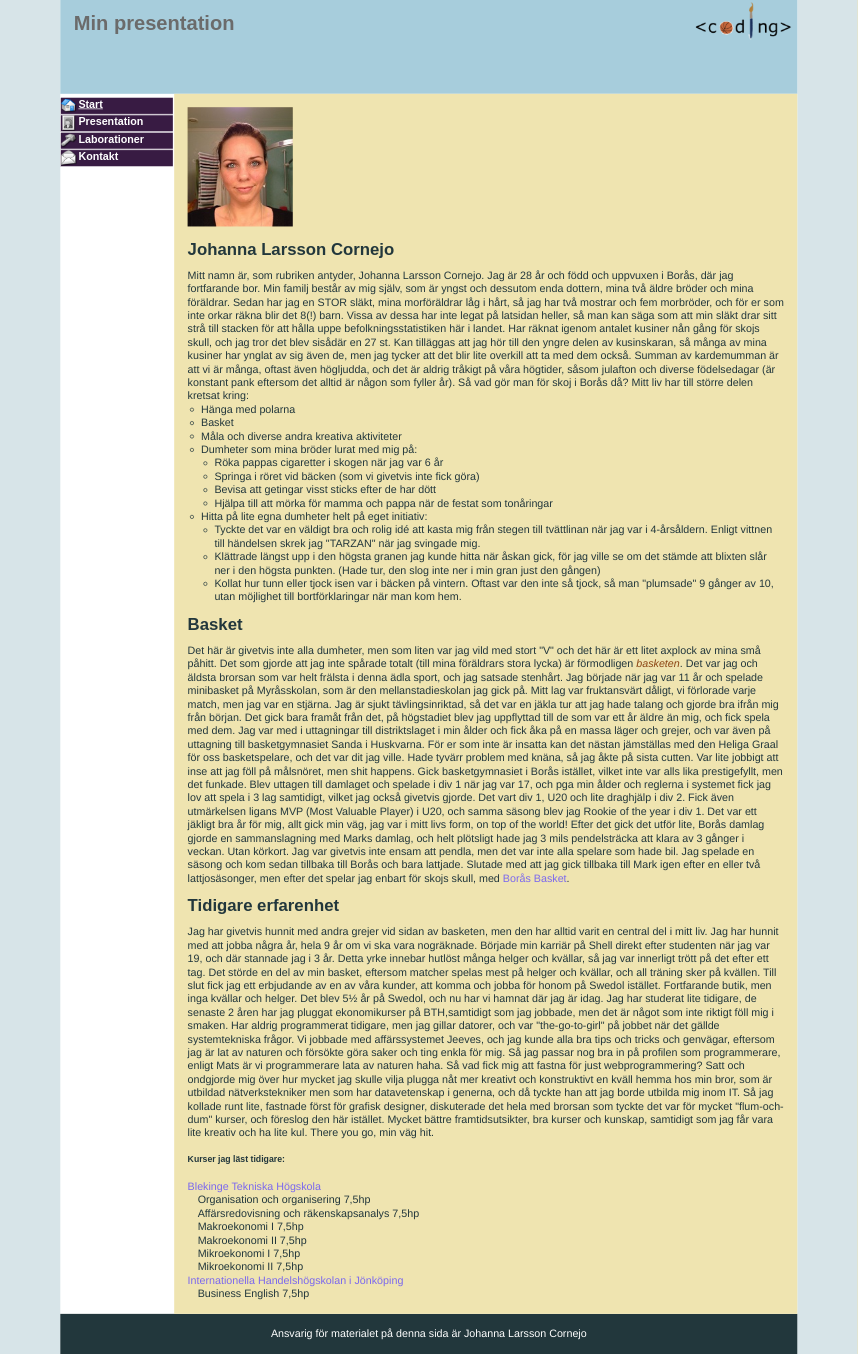
Repository: jc222fi/1ik415-laborationer
Page: pages/presentation.html
The author's editor kept a record of every edit. The page is drawn from the files as they stood at one moment, then again after the next edit.
The browser window is 1280 px wide. The pictures show the whole page, at 67% of full size.

Above is the page before.

### pages/presentation.html
<!doctype html>
<html>
    <head>
        <meta charset="utf-8" />
        <meta name="viewport" content="width=device-width, initial-scale=1.0" />
        <title>Presentation</title>
        <!-- Screen > 480px -->
        <link rel="stylesheet" media="screen and (min-width: 481px)" href="../css/style.css" />
        <!-- Smartphones <= 480px -->
        <link rel="stylesheet" media="only screen and (max-width: 480px)" href="../css/smartphone.css" />
        <link rel="stylesheet" media="print" href="../css/print.css" />
    </head>
    <body>
    <div id="container">
        <div id="header">
            <header>
                <h1 id="presentation">Min presentation</h1>
            </header>
        </div>
        <div id="nav">
            <ul>
                <li><a href="../index.html" id="index">Start</a></li>
                <li><a href="#presentation" class="active" id="pres">Presentation</a></li>
                <li><a href="laborationer.html" id="lab">Laborationer</a></li>
                <li><a href="kontakt.html" id="kontakt">Kontakt</a></li>
            </ul>
        </div>
    <div id="content">
        <img id="jag.jpg" src="../pics/jag.jpg" alt="Bild på Johanna" />
        <!-- inledande presentation-->
        <h2>Johanna Larsson Cornejo</h2>
        <p>Mitt namn är, som rubriken antyder, Johanna Larsson Cornejo.
        Jag är 28 år och född och uppvuxen i Borås, där jag fortfarande bor.
        Min familj består av mig själv, som är yngst och dessutom enda dottern,
        mina två äldre bröder och mina föräldrar. Sedan har jag en STOR släkt,
        mina morföräldrar låg i hårt, så jag har två mostrar och fem morbröder,
        och för er som inte orkar räkna blir det 8(!) barn. Vissa av dessa har
        inte legat på latsidan heller, så man kan säga som att min släkt drar
        sitt strå till stacken för att hålla uppe befolkningsstatistiken här i
        landet. Har räknat igenom antalet kusiner nån gång för skojs skull, och
        jag tror det blev sisådär en 27 st. Kan tilläggas att jag hör till den
        yngre delen av kusinskaran, så många av mina kusiner har ynglat av sig
        även de, men jag tycker att det blir lite overkill att ta med dem också.
        Summan av kardemumman är att vi är många, oftast även högljudda, och det är
        aldrig tråkigt på våra högtider, såsom julafton och diverse födelsedagar
        (är konstant pank eftersom det alltid är någon som fyller år). Så vad
        gör man för skoj i Borås då? Mitt liv har till större delen kretsat kring:
        </p>
        <ul>
            <li>Hänga med polarna</li>
            <li>Basket</li>
            <li>Måla och diverse andra kreativa aktiviteter</li>
            <li>Dumheter som mina bröder lurat med mig på:
                <ul>
                    <li>Röka pappas cigaretter i skogen när jag var 6 år</li>
                    <li>Springa i röret vid bäcken (som vi givetvis inte fick göra)</li>
                    <li>Bevisa att getingar visst sticks efter de har dött</li>
                    <li>Hjälpa till att mörka för mamma och pappa när de festat
                    som tonåringar</li>
                </ul>
            </li>
            <li>Hitta på lite egna dumheter helt på eget initiativ:
                <ul><li>Tyckte det var en väldigt bra och rolig idé att kasta mig
                    från stegen till tvättlinan när jag var i 4-årsåldern. Enligt
                    vittnen till händelsen skrek jag "TARZAN" när jag svingade mig.</li>
                    <li>Klättrade längst upp i den högsta granen jag kunde hitta när
                        åskan gick, för jag ville se om det stämde att blixten
                        slår ner i den högsta punkten. (Hade tur, den slog inte
                        ner i min gran just den gången)</li>
                    <li>Kollat hur tunn eller tjock isen var i bäcken på vintern.
                        Oftast var den inte så tjock, så man "plumsade" 9 gånger
                        av 10, utan möjlighet till bortförklaringar när man kom hem.</li>
                </ul>
            </li>
        </ul>
        <!-- mitt absolut största intresse-->
        <h2>Basket</h2>
        <p>Det här är givetvis inte alla dumheter, men som liten var jag vild med stort "V"
        och det här är ett litet axplock av mina små påhitt. Det som gjorde att jag inte spårade
        totalt (till mina föräldrars stora lycka) är förmodligen <em id="strong">basketen</em>.
        Det var jag och äldsta brorsan som var helt frälsta i denna ädla sport,
        och jag satsade stenhårt. Jag började när jag var 11 år och spelade minibasket
        på Myråsskolan, som är den mellanstadieskolan jag gick på. Mitt lag var
        fruktansvärt dåligt, vi förlorade varje match, men jag var en stjärna.
        Jag är sjukt tävlingsinriktad, så det var en jäkla tur att jag hade talang
        och gjorde bra ifrån mig från början. Det gick bara framåt från det, på
        högstadiet blev jag uppflyttad till de som var ett år äldre än mig, och
        fick spela med dem. Jag var med i uttagningar till distriktslaget i min
        ålder och fick åka på en massa läger och grejer, och var även på uttagning
        till basketgymnasiet Sanda i Huskvarna. För er som inte är insatta kan
        det nästan jämställas med den Heliga Graal för oss basketspelare, och det
        var dit jag ville. Hade tyvärr problem med knäna, så jag åkte på sista cutten.
        Var lite jobbigt att inse att jag föll på målsnöret, men shit happens.
        Gick basketgymnasiet i Borås istället, vilket inte var alls lika prestigefyllt,
        men det funkade. Blev uttagen till damlaget och spelade i div 1 när jag var 17, och pga
        min ålder och reglerna i systemet fick jag lov att spela i 3 lag samtidigt, vilket jag
        också givetvis gjorde. Det vart div 1, U20 och lite draghjälp i div 2.
        Fick även utmärkelsen ligans MVP (Most Valuable Player) i U20, och
        samma säsong blev jag Rookie of the year i div 1. Det var ett jäkligt bra år för mig,
        allt gick min väg, jag var i mitt livs form, on top of the world! Efter det gick det
        utför lite, Borås damlag gjorde en sammanslagning med Marks damlag, och helt plötsligt
        hade jag 3 mils pendelsträcka att klara av 3 gånger i veckan. Utan körkort.
        Jag var givetvis inte ensam att pendla, men det var inte alla spelare som hade bil.
        Jag spelade en säsong och kom sedan tillbaka till Borås och bara lattjade.
        Slutade med att jag gick tillbaka till Mark igen efter en eller två lattjosäsonger,
        men efter det spelar jag enbart för skojs skull, med <a href="http://borasbasket.se/">Borås Basket</a>.
        </p>

        <h2>Tidigare erfarenhet</h2>
        <p>Jag har givetvis hunnit med andra grejer vid sidan av basketen, men den har alltid
        varit en central del i mitt liv. Jag har hunnit med att jobba några år, hela 9 år
        om vi ska vara nogräknade. Började min karriär på Shell direkt efter studenten när jag
        var 19, och där stannade jag i 3 år. Detta yrke innebar hutlöst många helger och kvällar,
        så jag var innerligt trött på det efter ett tag. Det störde en del av min basket,
        eftersom matcher spelas mest på helger och kvällar, och all träning sker på kvällen.
        Till slut fick jag ett erbjudande av en av våra kunder, att komma och jobba för honom
        på Swedol istället. Fortfarande butik, men inga kvällar och helger. Det blev 5½ år på
        Swedol, och nu har vi hamnat där jag är idag. Jag har studerat lite tidigare, de senaste
        2 åren har jag pluggat ekonomikurser på BTH,samtidigt som jag jobbade, men det är något
        som inte riktigt föll mig i smaken. Har aldrig programmerat tidigare, men jag gillar
        datorer, och var "the-go-to-girl" på jobbet när det gällde systemtekniska frågor. Vi
        jobbade med affärssystemet Jeeves, och jag kunde alla bra tips och tricks och genvägar,
        eftersom jag är lat av naturen och försökte göra saker och ting enkla för mig. Så jag
        passar nog bra in på profilen som programmerare, enligt Mats är vi programmerare lata av
        naturen haha. Så vad fick mig att fastna för just webprogrammering? Satt och ondgjorde
        mig över hur mycket jag skulle vilja plugga nåt mer kreativt och konstruktivt en kväll
        hemma hos min bror, som är utbildad nätverkstekniker men som har datavetenskap i generna,
        och då tyckte han att jag borde utbilda mig inom IT. Så jag kollade runt lite, fastnade
        först för grafisk designer, diskuterade det hela med brorsan som tyckte det var för
        mycket "flum-och-dum" kurser, och föreslog den här istället. Mycket bättre framtidsutsikter,
        bra kurser och kunskap, samtidigt som jag får vara lite kreativ och ha lite kul.
        There you go, min väg hit.
        </p>
        <h4>Kurser jag läst tidigare: </h4>
        <dl>
                <dt><a href="http://www.bth.se/">Blekinge Tekniska Högskola</a></dt>
                    <dd>Organisation och organisering 7,5hp</dd>
                    <dd>Affärsredovisning och räkenskapsanalys 7,5hp</dd>
                    <dd>Makroekonomi I 7,5hp</dd>
                    <dd>Makroekonomi II 7,5hp</dd>
                    <dd>Mikroekonomi I 7,5hp</dd>
                    <dd>Mikroekonomi II 7,5hp</dd>
                <dt><a href="http://hj.se/jibs.html">Internationella Handelshögskolan i Jönköping</a></dt>
                    <dd>Business English 7,5hp</dd>
        </dl>
    </div>
        <div id="footer">
            <footer>
                <p>Ansvarig för materialet på denna sida är Johanna Larsson Cornejo</p>
            </footer>
        </div>
    </div>
    </body>
</html>

### css/style.css
/* http://meyerweb.com/eric/tools/css/reset/
   v2.0 | 20110126
   License: none (public domain)
*/

html, body, div, span, applet, object, iframe,
h1, h2, h3, h4, h5, h6, p, blockquote, pre,
a, abbr, acronym, address, big, cite, code,
del, dfn, em, img, ins, kbd, q, s, samp,
small, strike, strong, sub, sup, tt, var,
b, u, i, center,
dl, dt, dd, ol, ul, li,
fieldset, form, label, legend,
table, caption, tbody, tfoot, thead, tr, th, td,
article, aside, canvas, details, embed,
figure, figcaption, footer, header, hgroup,
menu, nav, output, ruby, section, summary,
time, mark, audio, video {
	margin: 0;
	padding: 0;
	border: 0;
	font-size: 100%;
	font: inherit;
	vertical-align: baseline;
}

/*Layout*/
#container{
	max-width:1100px;
	margin:0 auto;
}
#header{
	height:100px;
}
#nav{
	float:left;
	width:168px;
	margin-top:5px;
}
#content{
	float:right;
	width:890px;
}
#footer{
	clear:both;
	padding:20px;
}

/*
Background body:#D7E4E8
Background container: #FFFFFF
Background header: #A7CDDC
Background nav: #381B43
Background content: #EFE4B0
Background footer:#22373C
Text colour: #22373C
*/

body{
	background-color:#D7E4E8;

}
#container{
	background-color:#FFFFFF;
}
#header{
	background-color:#A7CDDC;
	color:#6B6B6B;
	background-image:url("pics/logo.png");
	background-position:right top;
	background-repeat:no-repeat;
	font-family:Arial, Gadget, sans-serif;
	font-size:30px;
	font-weight:bolder;
	padding:20px;
}
	#header img{
		float:right;
		}
	/*h1{
		color:#6B6B6B;
		font-family:Arial, Gadget, sans-serif;
		font-size:30px;
		font-weight:bolder;
		padding-bottom:20px;
	}*/
#nav{
	background-color:#381B43;
}
	#nav a{
		display:block;
		width:168px;
		height:24px;
		border:1px solid white;
		background-image:url(pics/sprite.png);
		background-repeat:no-repeat;
		text-indent:26px;
		color:white;
	}
	#home:link{background-position:0 -48px;text-decoration:none;}
	#home:hover{background-position:0 0;background-color:white;text-decoration:underline;color:black;}

	#pres:link{background-position:0 -240px;text-decoration:none;}
	#pres:hover{background-position:0 -192px;background-color:white;text-decoration:underline;color:black;}

	#lab:link{background-position:0 -144px;text-decoration:none;}
	#lab:hover{background-position:0 -96px;background-color:white;text-decoration:underline;color:black;}

	#kontakt:link{background-position:0 -336px;text-decoration:none;}
	#kontakt:hover{background-position:0 -288px;background-color:white;text-decoration:underline;color:black;}
	#nav li{
		font-family:Arial, Gadget, sans-serif;
		font-weight:bolder;
	}
		/*Länkar i menyn*/
		/*#nav a:link{background-color:#381B43; text-decoration:none;}
		#nav a:visited{background-color:#7F7F7F;text-decoration:none;}
		#nav a:focus{background-color:white;text-decoration:underline;color:black;}
		#nav a:hover{background-color:white;text-decoration:underline;color:black;}
		#nav a.active{background-color:#22373C;text-decoration:none;}
		#nav li{
		   font-family:Arial, Gadget, sans-serif;
			font-weight:bolder;
		}*/

#content{
	padding:20px;
	background-color:#EFE4B0;
	color:#22373C;
}
	/*Text och stil på mina rubriker*/
	h2, h3, h4, legend{
		font-family:Arial, Gadget, sans-serif;
		font-weight:bold;
		line-height:60px;
	}
		h2{
			font-size:25px;
		}
		h3, h4{
			font-size:small;
		}
	/*Mer övergripande text och stil*/
	#strong, p, li, table, dl, form{
		font-family:Helvetica, Verdana, sans-serif;
		line-height:20px;
	}
	p p{
		margin-top:50px;
	}
	img.right, video.right{
		float:right;
	}
	#strong{
		font-style:italic;
	}
	/*Överskrift och signatur på mina blogginlägg*/
	.post, p em{
		font-family:"Comic Sans MS", cursive, sans-serif;
	}
		/*Bild lånad från http://www.skolbilder.com/Malarbild-blaeckpenna-i19373.html som uttryckligen
		säger att samtliga bilder får användas i privat, edukativt, icke-kommersiellt syfte*/
		#content h2.post{
			background-image:url("pics/bleckpenna.png");
			background-position:left top;
			background-repeat:no-repeat;
			text-indent:50px;
		}
	/*Signatur på mina blogginlägg*/
	p em{
		font-style:italic;
		color:#8B4513;
	}
	/*Tabell*/
	table, th, td{
		border:1px solid #22373C;
		padding:3px;
	}
	thead, tfoot{
		font-family:Arial, Gadget, sans-serif;
		font-weight:bold;
		line-height:25px;
		text-align:center;
	}
		tr:nth-of-type(odd){
			background-color:#22373C;
			color:white;
		}
		tr:nth-of-type(even){
			background-color:white;
		}
	/*Övriga länkar som inte är del av menyn*/
	#content a:link{color:#7B68EE; text-decoration:none;}
	#content a:visited{color:#8B0000; text-decoration:none;}
	#content a:focus{color:#778899; text-decoration:underline;}
	#content a:hover{color:#778899; text-decoration:underline;}
	#content a:active{color:white; text-decoration:none;}
	/*Formulär*/
	fieldset{
		border:1px solid #22373C;
		padding:10px;
		width:600px;
	}
	legend{
		padding:2px;
	}
	.label{
   	display: inline-block;
   	width: 170px;
   	text-align: left;
   	margin-right: 10px;
	}
	/*Listor exklusive menyn*/
	#content ul li{
		margin-left:20px;
		list-style-type:circle;
	}
	#content dd{
		text-indent:15px;
	}
	#content .laborationer{
		list-style-type:none;
	}
	ol li{
		margin-left:15px;
		list-style-type:decimal;
	}

#footer{
	background-color:#22373C;
	color:#FFFFFF;
	text-align:center;
}


/* HTML5 display-role reset for older browsers */
article, aside, details, figcaption, figure,
footer, header, hgroup, menu, nav, section {
	display: block;
}
body {
	line-height: 1;
}
ol, ul {
	list-style: none;
}
blockquote, q {
	quotes: none;
}
blockquote:before, blockquote:after,
q:before, q:after {
	content: '';
	content: none;
}
table {
	border-collapse: collapse;
	border-spacing: 0;
}

### css/smartphone.css
}/*Layout*/
div{
    display:block;
}
#container{
   max-width:100%;
	width:1100px;
	margin:0 auto;
}
#header{
	height:100px;
}
#nav{
   float:left;
   max-width:18%;
   width:168px;
	margin-top:5px;
}
#content{
	float:right;
	max-width:80%;
	width:920px;
}
#footer{
	clear:both;
	max-width:96%;
	width:1100px;
	padding:20px;
}

Loaded but not shown: css/print.css (no copy from this time; the picture is the same without it)

After the next edit:
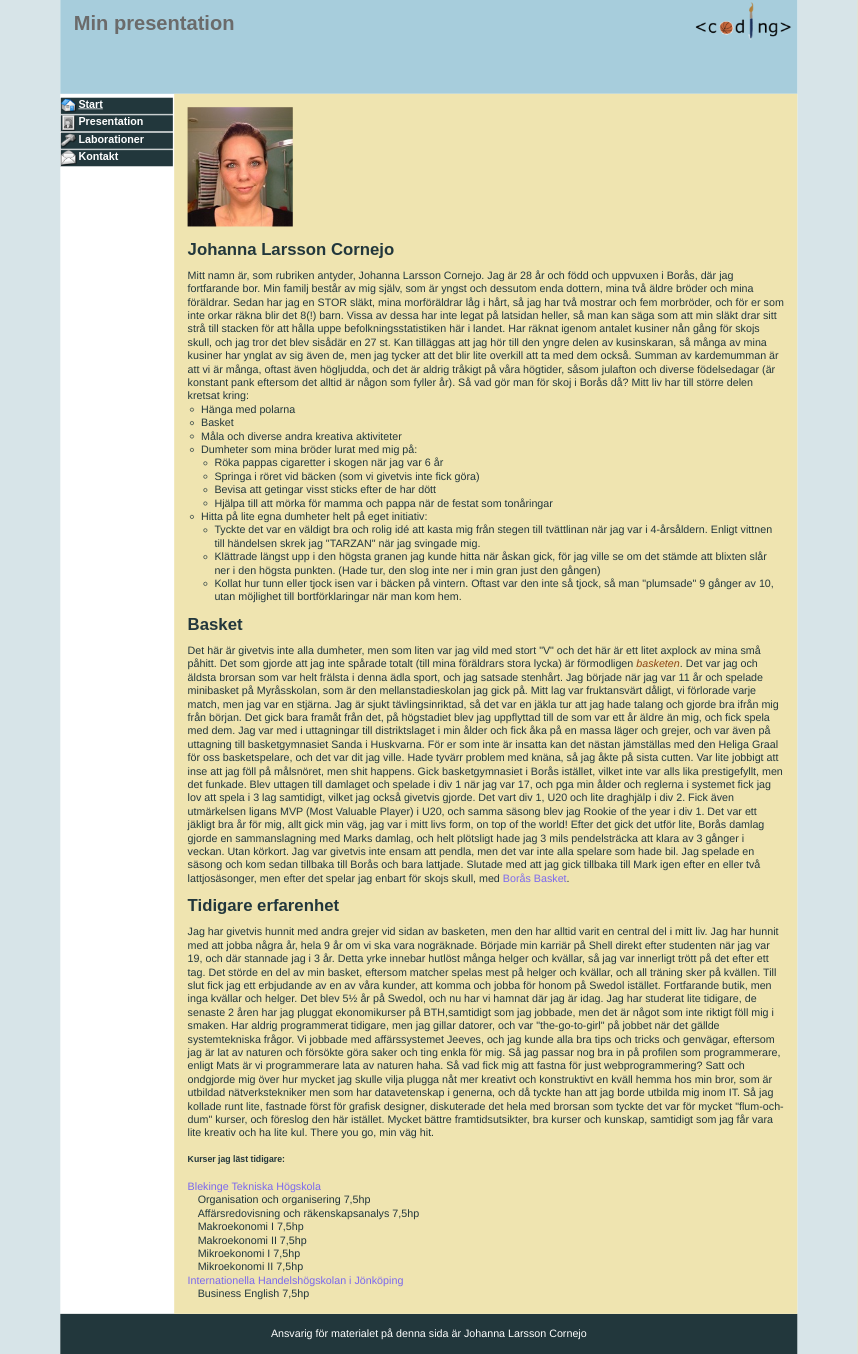
The edit:
--- a/css/style.css
+++ b/css/style.css
@@ -85,7 +85,7 @@
 		padding-bottom:20px;
 	}*/
 #nav{
-	background-color:#381B43;
+	background-color:#22373C;
 }
 	#nav a{
 		display:block;
